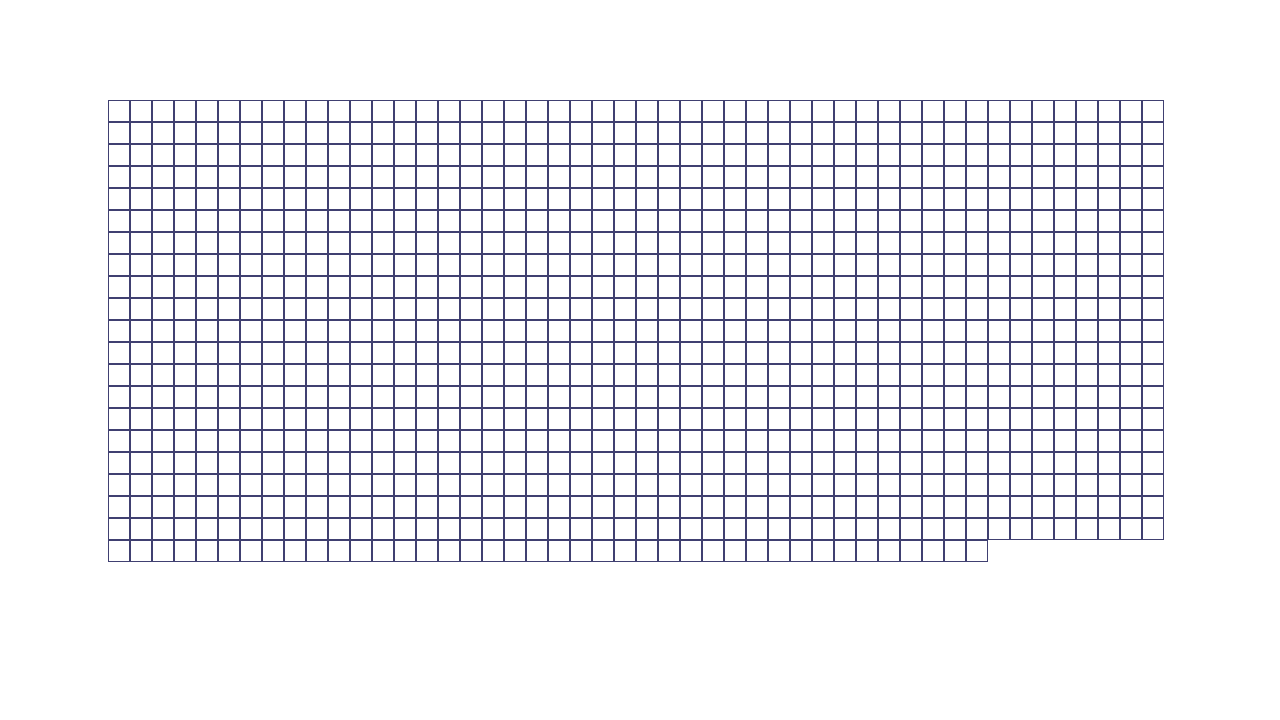
Repository: NikhilJohny/Pathfinding---ReactJS
Page: /
The author's editor kept a copy of each file at every save. The page is drawn from the files as they stood at one save, then again after the next save.
The browser window is 1280 px wide. The pictures show the whole page.
The project was rebuilt for these pictures with package versions that can differ from the ones it lists, and the page was loaded fresh each time.

Above is the page before, as saved 2021-05-06 12:14:03.

After the next save:
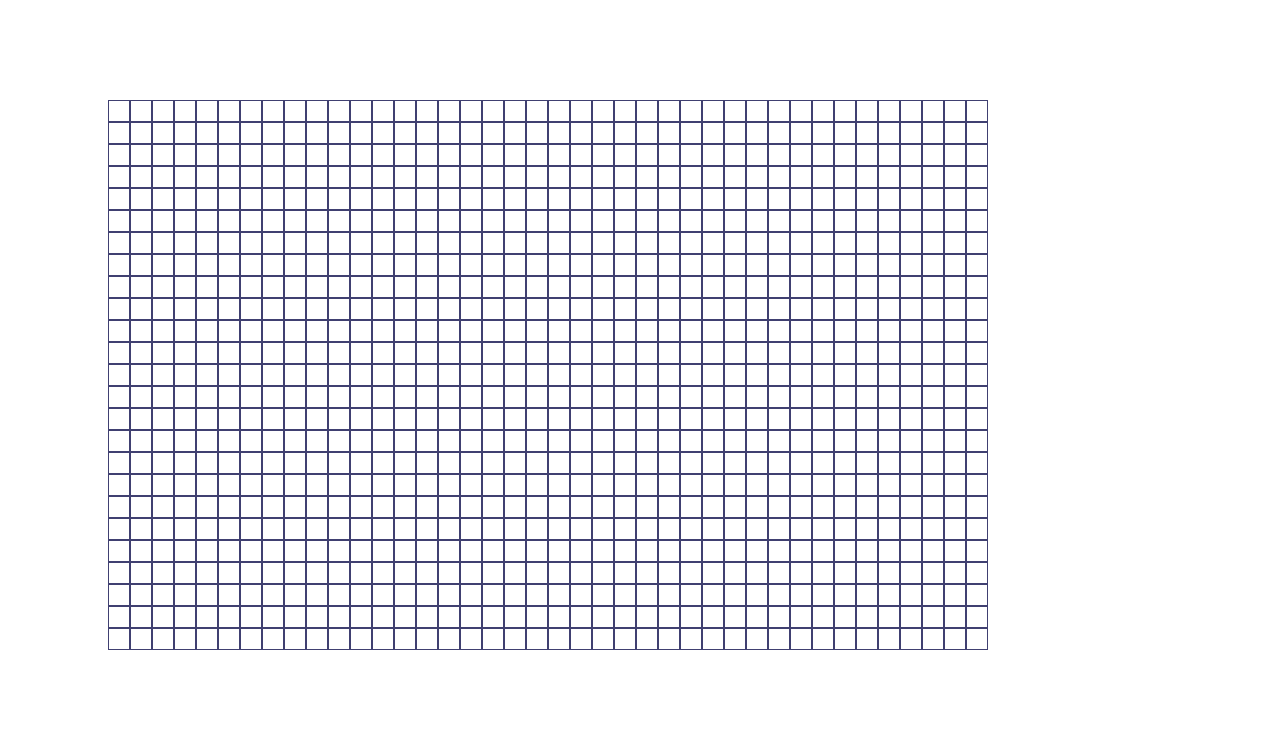
Saved 16 s later.
--- a/src/Node.css
+++ b/src/Node.css
@@ -1,5 +1,6 @@
 .canvas {
     margin: 100px;
+    max-width: 900px;
     min-width: 900px;
 }
 
